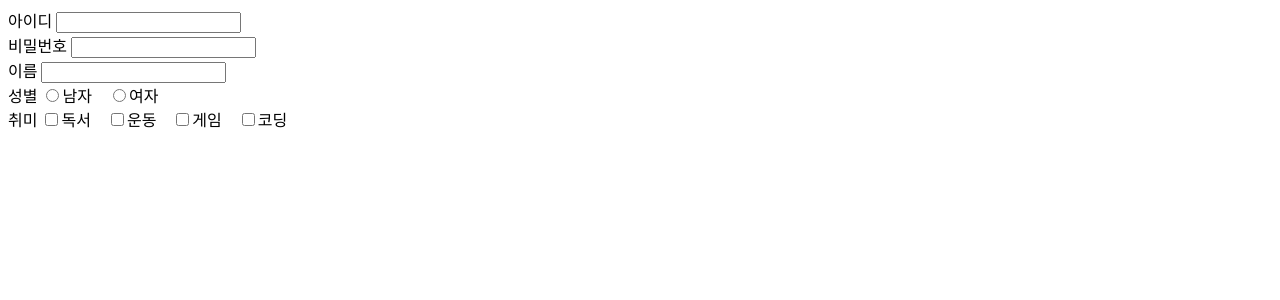
Repository: SniperDitto/save
Page: http://localhost/Boards0425/02_client/02_members/join.jsp
The author's editor kept a copy of each file at every save. The page is drawn from the files as they stood at one save, then again after the next save.
The browser window is 1280 px wide. The pictures show the whole page.
The page is served by Tomcat 9.

Above is the page before, as saved 2022-04-28 00:03:48.

After the next save:
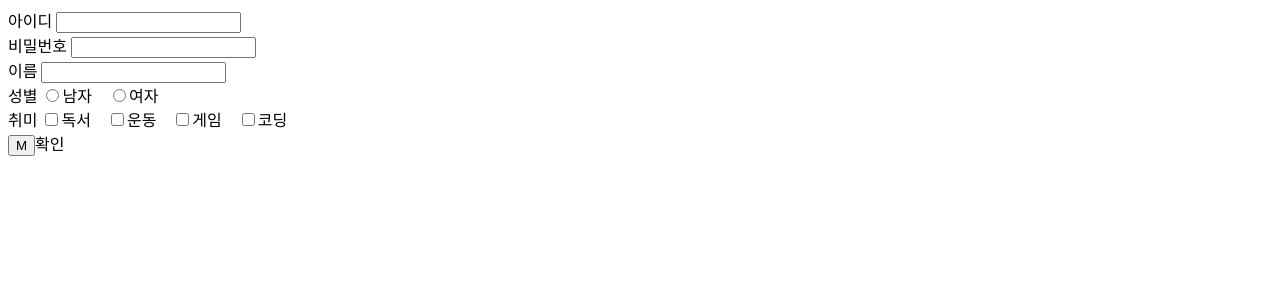
Saved 65 s later.
--- a/2022JAVA_YSH 1/JAVA/Web/Boards0425/WebContent/02_client/02_members/join.jsp
+++ b/2022JAVA_YSH 1/JAVA/Web/Boards0425/WebContent/02_client/02_members/join.jsp
@@ -8,6 +8,7 @@
 </head>
 <body>
 	<div id="wrap">
+	<form method="post" >
 		<div class="row">
 			<span>아이디</span>
 			<span>
@@ -47,6 +48,12 @@
 				&nbsp;&nbsp;
 			</span>
 		</div>
+		<div class="row">
+			<span>
+				<input type="button" name="btn" id="btn" class="" value="M"/>확인
+			</span>
+		</div>
+	</form>
 	</div>
 </body>
 </html>
